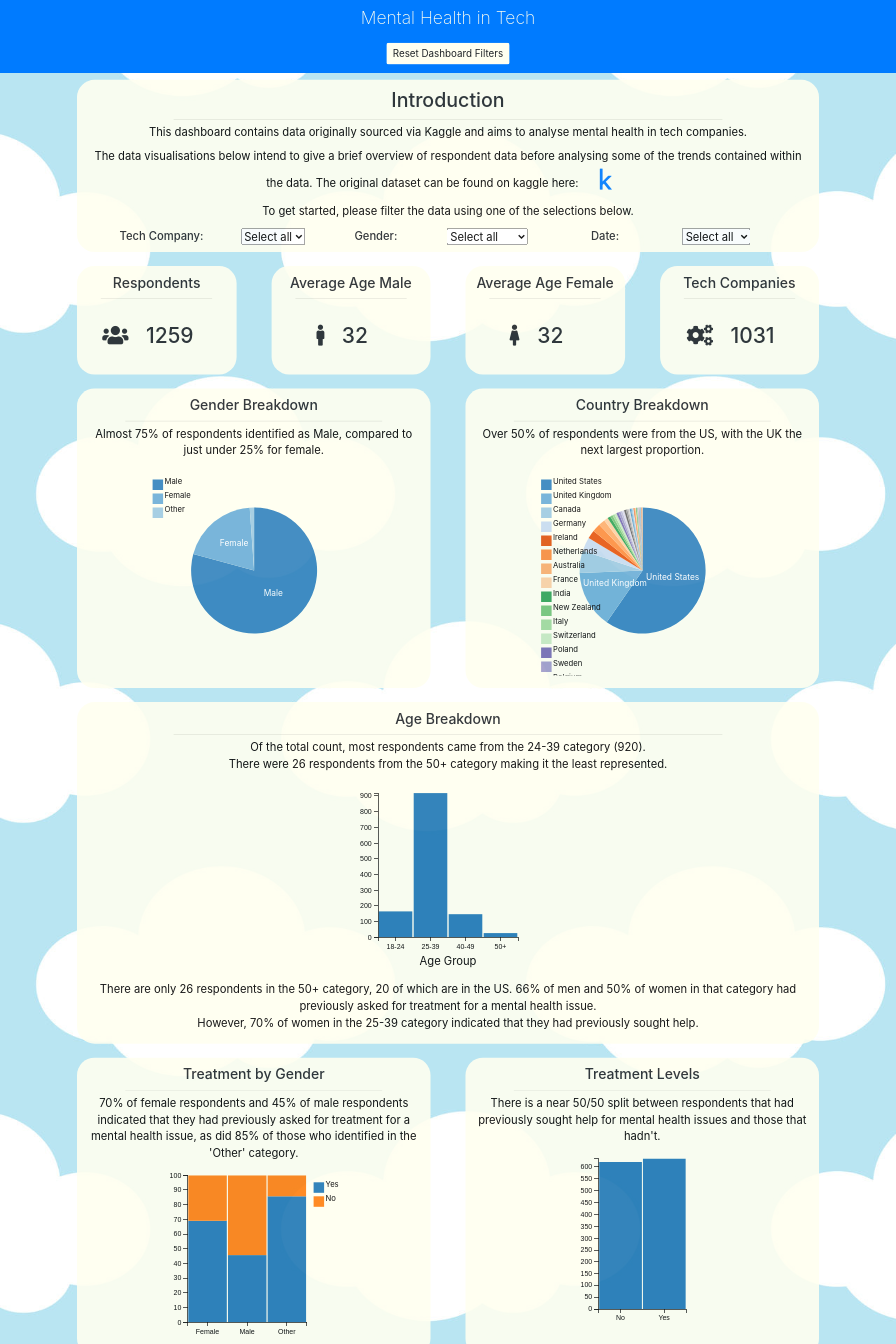
Repository: martingr1/mhdashboard
Page: index.html
The author's editor kept a record of every edit. The page is drawn from the files as they stood at one moment, then again after the next edit.
The browser window is 1280 px wide. The pictures show the part of the page from y = 0 to 1920 px (the page is 3238 px tall before and 1759 px after), at 70% of full size.
Some web libraries are served in a nearby version.

Above is the page before.

After the next edit:
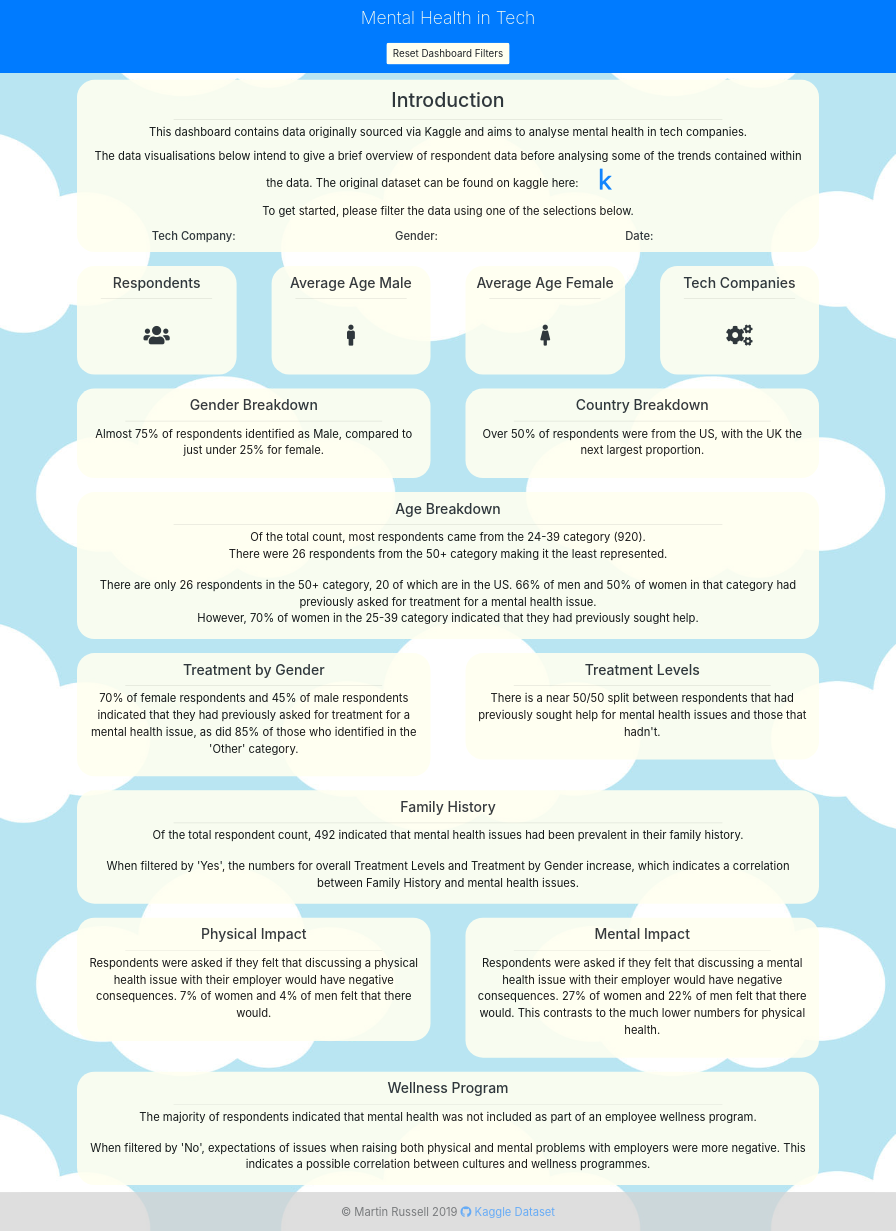
Console error: SyntaxError: Unexpected token 'var'
The edit:
--- a/static/js/graph.js
+++ b/static/js/graph.js
@@ -1,4 +1,6 @@
-queue()
+(var dashboard =
+
+    queue()
     .defer(d3.csv, "data/mhsurvey2.csv")
     .await(makeGraphs);
 
